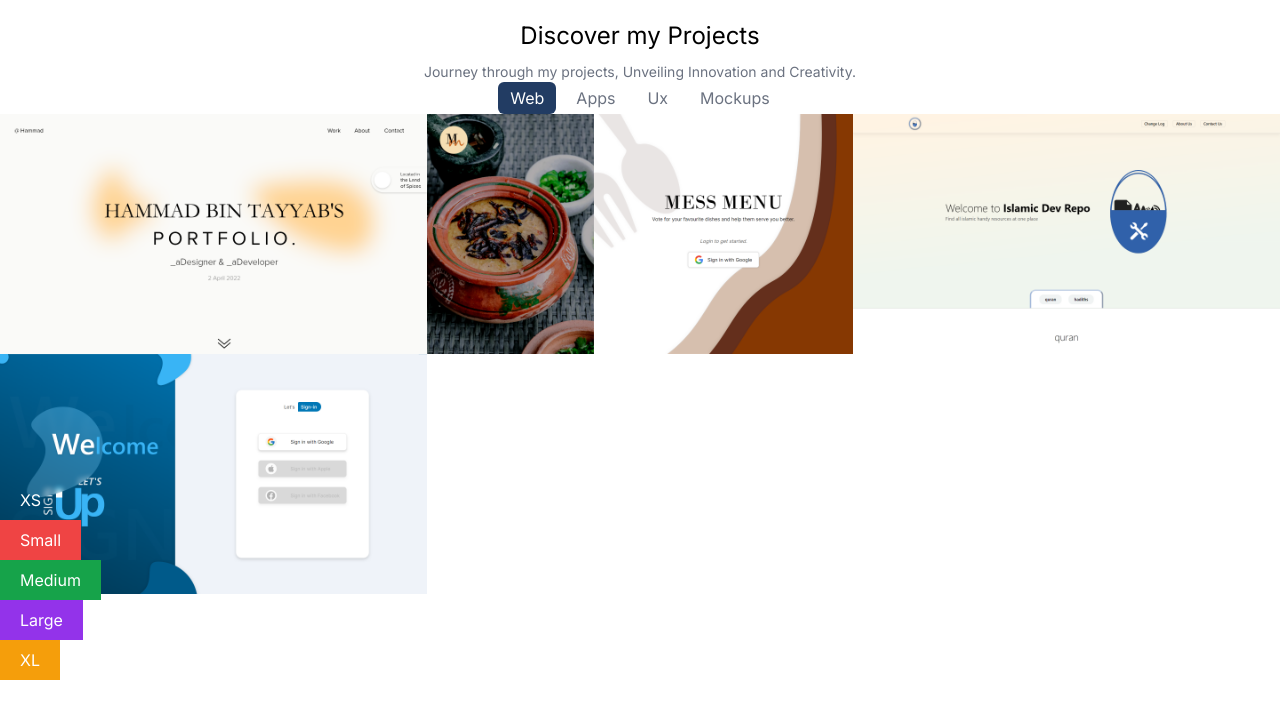
Repository: SpicierEwe/my_portfolio_v2
Page: /
An editor plug-in stored every save of this project. The page is shown before and after the next save, followed by the edit.
The browser window is 1280 px wide. The pictures show the whole page.
The project was rebuilt for these pictures with package versions that can differ from the ones it lists, and the page was loaded fresh each time. The framework's server and built-in components were replaced by stand-ins that run in the browser. Also part of the build but not shown: next.config.js, core/utils/customIcons.js, core/utils/utils.tsx, core/db/sub_db_data/ux_db.js.

Above is the page before, as saved 2024-04-22 10:55:22.

### app/page.tsx
import DevicePreview from "@/Components/Device_preview/device_preview";
import HeroSection from "@/Components/Hero_section/hero_section";
import WorkSection from "@/Components/Work_section/work_section";
import Image from "next/image";

export default function Home() {
  return (
    <main>
      <div className="absolute z-30 overflow-hidden bottom-0">
        <DevicePreview />
      </div>
      {/* <div className="overflow-hidden">
        <HeroSection />
      </div> */}

      <WorkSection />
    </main>
  );
}

### app/globals.css
@layer base {

  @font-face {
    font-family: 'Garamond';
    src: url('../public/fonts/EBGaramond-VariableFont_wght.ttf');

  }

  @font-face {
    font-family: 'Proxima Nova';
    src: url('../public/fonts/MarkSimonsonProximaNovaRegular.otf');
    font-weight: normal;
    font-style: normal;
  }


  @font-face {
    font-family: "Rage";
    src: url("../public/fonts/rage.ttf");
  }
}

@tailwind base;
@tailwind components;
@tailwind utilities;

:root {
  --foreground-rgb: 0, 0, 0;
  --background-start-rgb: 214, 219, 220;
  --background-end-rgb: 255, 255, 255;

}

@media (prefers-color-scheme: dark) {
  :root {
    --foreground-rgb: 255, 255, 255;
    --background-start-rgb: 0, 0, 0;
    --background-end-rgb: 0, 0, 0;
  }
}

body {

  /* background: #F5F5F5; */
}

### Components/Device_preview/device_preview.tsx
"use client";

import { use, useEffect, useState } from "react";

export default function DevicePreview() {
  return (
    <main className="flex flex-col justify-end ">
      {/* xs */}
      <div className=" text-right ">
        <p className="xs:bg-brand-color w-min text-white px-5 py-2">XS</p>
      </div>
      {/* sm */}
      <div className=" text-right ">
        <p className="sm:bg-red-500 w-min text-white px-5 py-2">Small</p>
      </div>
      {/* md */}
      <div className=" text-right ">
        <p className="md:bg-green-600 w-min px-5 py-2 text-white">Medium</p>
      </div>
      {/* lg */}
      <div className=" text-right ">
        <p className="lg:bg-purple-600 w-min px-5 py-2 text-white">Large</p>
      </div>
      {/* xl */}
      <div className=" text-right ">
        <p className="xl:bg-amber-500 w-min px-5 py-2 text-white">XL</p>
      </div>
      {/* 2xl */}
      <div className=" text-right ">
        <p className="2xl:bg-cyan-600 w-min px-5 py-2 text-white">2XL</p>
      </div>
    </main>
  );
}

### Components/Work_section/work_section.tsx
"use client";

import { db } from "../../core/db/db";
import Image from "next/image";
import Link from "next/link";
import { useState } from "react";

export default function WorkSection() {
  const navItems: string[] = Object.keys(db.portfolioItems);
  const [selectedNavItemIndex, setSelectedNavItemIndex] = useState<number>(0);
  return (
    <section className="">
      {/* header */}
      <header className="flex flex-col items-center pt-5">
        <h2 className="text-center text-2xl">Discover my Projects</h2>
        <p className="text-center text-sm mt-2.5 text-gray-500">
          Journey through my projects, Unveiling Innovation and Creativity.
        </p>
      </header>
      {/* nav */}
      <nav>
        <ul className="flex justify-center mt-6 gap-2 flex-wrap">
          {navItems.map((item, index) => {
            const isSelected: Boolean = selectedNavItemIndex == index;
            return (
              <li
                className={`${
                  isSelected ? "bg-brand-color" : ""
                } px-3 py-1 rounded-md cursor-pointer`}
                onClick={() => setSelectedNavItemIndex(index)}
                key={index}
              >
                <Link
                  href="#"
                  className={`${
                    isSelected ? "text-white" : "text-gray-500"
                  } capitalize`}
                >
                  {item}
                </Link>
              </li>
            );
          })}
        </ul>
      </nav>

      <main>
        {/* projects */}
        <div className="grid grid-cols-1 md:grid-cols-2 lg:grid-cols-3 gap-4 mt-6">
          {(db.portfolioItems as any)[navItems[selectedNavItemIndex]].map(
            (item: any, index: number) => {
              const projectName: string = item["ProjectName"];
              const imageLink: string = item["imageLink"];
              return (
                <div key={index}>
                  {
                    <Image
                      src={imageLink}
                      alt={projectName}
                      height={200}
                      width={200}
                      layout="responsive"
                    ></Image>
                  }
                  <p>{projectName}</p>
                </div>
              );
            }
          )}
        </div>
      </main>
    </section>
  );
}

### core/db/db.js
import { websitesDb } from "./sub_db_data/websites_db";
import { appsDb } from "./sub_db_data/apps_db";
import { uxDb } from "./sub_db_data/ux_db";
import { mockupsDb } from "./sub_db_data/mockups_db";

export const db = {
  portfolioItems: {
    web: websitesDb,
    apps: appsDb,
    ux: uxDb,
    mockups: mockupsDb,
  },
};

### core/db/sub_db_data/websites_db.js
import { embedCustomLinks } from "../../utils/utils";

export const websitesDb = [
  {
    projectName: "The Portfolio",
    projectId: "e2f9658b-f9bb-4d2c-ac8c-113a56d9204f",
    projectTagLine: "A Thoughtfully Curated Portfolio of Elegant Creations",
    link: "https://hammadtayyab.vercel.app/",
    imageLink: "/images/websites/my_portfolio.png",
    info: "This portfolio project showcases a minimalist design, highlighting my work and skills with clarity and finesse. The aim was to provide a seamless user experience and intuitive navigation, creating a comprehensive and sophisticated display of my professional journey.",
    roles: [
      "Data Analyst",
      "Designer",
      "Developer",
      "Maintainer",
      "Product Manager",
      "Tester/Quality Assurance",
      "Researcher",
      "DevOps Engineer",
      "Technical Writer",
      "Project Manager",
    ],
    techStack: [
      "NextJs",
      "React",
      "TypeScript",
      "TailwindCSS",
      "HTML",
      "CSS",
      "JavaScript",
      "Git",
      "Vercel",
    ],
  },
  {
    projectId: "566ec8d6-4d5d-4f22-9580-2c574f7122fb",
    projectName: "Mess Menu",
    projectTagLine: "Simplifying Hostel Dining with a Digital Menu System",
    link: "https://messmenu.vercel.app/",
    imageLink: "/images/websites/mess_menu.png",
    info: "This project streamlines the process of hostel dining by offering a digital menu system for students. Monthly menus are curated through community voting, allowing students to have a say in their dining options. Originating from a friend's final year project, the focus was on user-centric design and functionality, ensuring a seamless experience for all users.",
    roles: [
      "Data Analyst",
      "Designer",
      "Developer",
      "Maintainer",
      "Product Manager",
      "Tester/Quality Assurance",
      "Researcher",
      "DevOps Engineer",
      "Technical Writer",
      "Project Manager",
    ],
    techStack: [
      "NextJs",
      "React",
      "HTML",
      "CSS",
      "JavaScript",
      "Git",
      "Vercel",
      "Firebase",
      "Firebase Auth",
    ],
  },
  {
    projectId: "e3a52953-0a4d-43c3-b874-bd55925f6a7e",
    projectName: "Islamic Dev Repo",
    projectTagLine: "A Repository of Authentic Islamic Data for Developers",
    link: "https://islamic-dev-repo.vercel.app/",
    imageLink: "/images/websites/islamic_dev_repo.png",
    info: "This project offers developers a curated repository of reliable Islamic data that can be seamlessly integrated into various applications. With a focus on authenticity and compatibility across multiple devices, this repository provides a trustworthy source of information for developers working on Islamic-related projects.",
    roles: [
      "Data Analyst",
      "Designer",
      "Developer",
      "Maintainer",
      "Product Manager",
      "Tester/Quality Assurance",
      "Researcher",
      "DevOps Engineer",
      "Technical Writer",
      "Project Manager",
    ],
    techStack: [
      "NextJs",
      "React",
      "HTML",
      "CSS",
      "JavaScript",
      "Git",
      "Vercel",
      "Python",
    ],
  },
  {
    projectId: "87693335-b9d6-434c-8428-5d8266482050",
    projectName: "Arabic Courses",
    projectTagLine:
      "A Platform for Streaming the Best Madina Arabic Course Online",
    link: "https://arabiccourses.vercel.app/",
    imageLink: "/images/websites/arabic_courses.png",
    info: `The goal of this project was to establish an online platform for the popular Madina Arabic course, allowing users to stream videos from the cloud and track their progress. Initially, the videos were only available for download, but this platform offers a more convenient streaming experience. You can learn more about the course at ${embedCustomLinks(
      {
        link: "https://abdurrahman.org/arabic-learning/dvds/",
        title: "AbdurRahman.Org",
      }
    )}. Arabic Courses enhances accessibility and convenience for users, making the learning process smoother and more enjoyable.`,
    roles: [
      "Data Analyst",
      "Designer",
      "Developer",
      "Maintainer",
      "Product Manager",
      "Tester/Quality Assurance",
      "Researcher",
      "DevOps Engineer",
      "Technical Writer",
      "Project Manager",
    ],
    techStack: [
      "NextJs",
      "React",
      "HTML",
      "CSS",
      "JavaScript",
      "Git",
      "Vercel",
      "Firebase",
      "Firebase Auth",
    ],
  },
];

### core/db/sub_db_data/apps_db.js
import { embedCustomLinks } from "../../utils/utils";

export const appsDb = [
  {
    projectId: "38384ae3-5586-40be-b025-c9c3ad1094ef",
    projectName: "al Qur'an",
    projectTagLine: "All about the Qur'an in one app.",

    link: "https://play.google.com/store/apps/details?id=com.spicierewe.al_quran",

    imageLink: "/images/apps/al_quran.png",

    info: `The "al Qur'an" app offers a comprehensive experience of the Qur'an for users around the world. It includes a wide range of translations in various languages, tafseer (exegesis), access to over 49 reciters and translators, and much more. All data is sourced from the reliable platform ${embedCustomLinks(
      { link: "https://quran.com", title: "quran.com" }
    )}.`,

    roles: [
      "Data Analyst",
      "Designer",
      "Developer",
      "Maintainer",
      "Product Manager",
      "Tester/Quality Assurance",
      "Researcher",
      "DevOps Engineer",
      "Technical Writer",
      "Project Manager",
    ],

    techStack: ["Flutter", "Dart", "Git", "Adobe XD"],

    platforms: ["Android"],
  },
  {
    projectId: "1eeb435f-acbd-41e8-b826-440959bb6a57",
    projectName: "Riddle Me",
    projectTagLine: "Riddle Me: Unraveling Minds, One Clue at a Time!",

    link: "https://play.google.com/store/apps/details?id=com.spicierewe.RiddleMe",

    imageLink: "/images/apps/riddle_me.png",

    info: "Riddle Me is an engaging and challenging game designed to test your intelligence and problem-solving skills. This game stimulates creative thinking and encourages you to approach problems from different perspectives.",

    roles: [
      "Data Analyst",
      "Designer",
      "Developer",
      "Maintainer",
      "Product Manager",
      "Tester/Quality Assurance",
      "Researcher",
      "DevOps Engineer",
      "Technical Writer",
      "Project Manager",
    ],

    techStack: ["Flutter", "Dart", "Git", "Adobe XD"],

    platforms: ["Android"],
  },
  {
    projectId: "2ae7005c-16e2-4fe5-b7b0-20f5f826321e",
    projectName: "Food Deals",
    projectTagLine: "Find the best food deals at your fingertips.",

    link: "https://play.google.com/store/apps/details?id=com.spicierewe.food_deals",

    imageLink: "/images/apps/food_deals.png",

    info: "Food Deals is an app that helps users discover the best offers and discounts on their favorite food delivery services. Save money and enjoy your favorite meals by comparing prices across different platforms.",

    roles: [
      "Data Analyst",
      "Designer",
      "Developer",
      "Maintainer",
      "Product Manager",
      "Tester/Quality Assurance",
      "Researcher",
      "DevOps Engineer",
      "Technical Writer",
      "Project Manager",
    ],

    techStack: ["Flutter", "Dart", "Git", "Adobe XD"],

    platforms: ["Android"],
  },
  {
    projectId: "627de94f-59b4-4f85-bcf4-df6fbf22714e",
    projectName: "Hadith Collection",
    projectTagLine: "Access authentic hadiths of the Prophet Muhammad (pbuh).",

    link: "https://play.google.com/store/apps/details?id=com.spicierewe.ahadith_collection",

    imageLink: "/images/apps/ahadith_collection.png",

    info: `The "Hadith Collection" app provides a comprehensive and authentic collection of hadiths of the Prophet Muhammad (pbuh). It includes data from various reputable sources such as ${embedCustomLinks(
      { link: "https://sunnah.com", title: "sunnah.com" }
    )} for Arabic and English, and ${embedCustomLinks({
      link: "https://github.com/pakjiddat/islam-companion-web-api",
      title: "islam-companion-web-api",
    })} for Urdu data.`,

    roles: [
      "Data Analyst",
      "Designer",
      "Developer",
      "Maintainer",
      "Product Manager",
      "Tester/Quality Assurance",
      "Researcher",
      "DevOps Engineer",
      "Technical Writer",
      "Project Manager",
    ],

    techStack: ["Flutter", "Dart", "Git", "Adobe XD"],

    platforms: ["Android"],
  },
  {
    projectId: "7468bdef-5b24-454e-ae99-dd0a558441d7",
    projectName: "Study Practice",
    projectTagLine: "Practice makes perfect.",

    link: "https://play.google.com/store/apps/details?id=com.spicierewe.study_practice",

    imageLink: "/images/apps/study_practice.png",

    info: "Study Practice is a study companion app designed to help students prepare for competitive exams such as NEET and JEE. The app offers past exam questions, mock tests, and real-time progress tracking along with official study material.",

    roles: [
      "Data Analyst",
      "Designer",
      "Developer",
      "Maintainer",
      "Product Manager",
      "Tester/Quality Assurance",
      "Researcher",
      "DevOps Engineer",
      "Technical Writer",
      "Project Manager",
    ],

    techStack: ["Flutter", "Dart", "Git", "Adobe XD"],

    platforms: ["Android"],
  },
];

### core/db/sub_db_data/mockups_db.js
export const mockupsDb = [
  {
    phone_mockup_links: [],
    other_mockup_links: [
      "/images/mockups/eat_healthy_mockup.svg",
      "/images/mockups/bot_mockup_theme_light.svg",
      "/images/mockups/bot_mockup_theme_dark.svg",
      "/images/mockups/the_perfume_lab_price_list.png",
      "/images/mockups/noraty_business_hero_section.svg",
      "/images/mockups/gr_showcase.png",
      "/images/mockups/just_moved_showcase.png",
      "/images/mockups/archer_product_design.png",
      "/images/mockups/the_connection_poster.png",
      "/images/mockups/social_flow_flyer.png",
      "/images/mockups/LVD_roll_up_banner.png",
      "/images/mockups/ATS_flyer.png",
    ],
  },
];

### tailwind.config.js
const { reverse } = require("dns");
const defaultTheme = require("tailwindcss/defaultTheme");

/** @type {import('tailwindcss').Config} */
module.exports = {
  content: [
    "./pages/**/*.{js,ts,jsx,tsx,mdx}",
    "./components/**/*.{js,ts,jsx,tsx,mdx}",
    "./app/**/*.{js,ts,jsx,tsx,mdx}",
    "./core/**/*.{js,ts,jsx,tsx,mdx}",
  ],
  theme: {
    extend: {
      screens: { xs: { max: "640px" } },

      maxWidth: {
        "120rem": "120rem",
      },

      backgroundImage: {
        "gradient-radial": "radial-gradient(var(--tw-gradient-stops))",
        "gradient-conic":
          "conic-gradient(from 180deg at 50% 50%, var(--tw-gradient-stops))",
      },

      colors: {
        "brand-color": "#223c63",
        "primary-color": "#ffffff",
        "secondary-color": "#00A699",
        "accent-color": "#779ace",
      },

      keyframes: {
        wiggle: {
          "0%, 100%": { transform: "rotate(-3deg)" },
          "50%": { transform: "rotate(3deg)" },
        },

        levitate: {
          "0%": { transform: "translateY(50px)" },
          "50%": { transform: "translateY(-30px)  scale(1.1)" },
          "100%": { transform: "translateY(50px)" },
        },
        levitate_reverse: {
          "0%": { transform: "translateY(-90px)" },
          "50%": { transform: "translateY(30px)  scale(1.1)" },
          "100%": { transform: "translateY(-90px)" },
        },
      },

      animation: {
        "spin-slow": "spin 3s linear infinite",
        wiggle: "wiggle 1s ease-in-out infinite",
        levitate: "levitate 5s ease-in-out infinite",
        levitate_reverse: "levitate_reverse 5s ease-in-out infinite reverse",
      },

      fontFamily: {
        garmond: ["Garmond", ...defaultTheme.fontFamily.serif],
        custom_sans: ["Proxima Nova", ...defaultTheme.fontFamily.sans],
      },

      height: {
        dvh: "100dvh",
      },
    },
  },

  variants: {
    backgroundColor: ["responsive", "hover", "focus", "active"],
  },

  plugins: [],
};

Loaded but not shown: app/layout.tsx (common file)

After the next save:
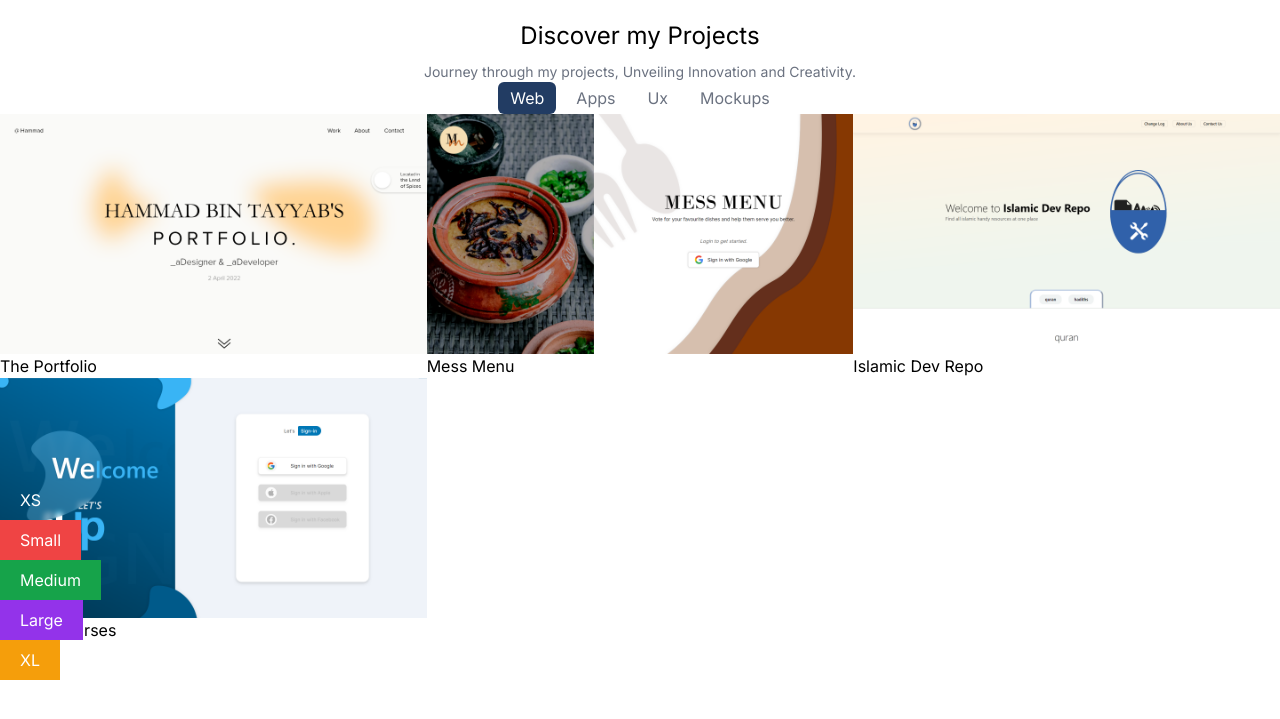
Saved 9 s later.
--- a/Components/Work_section/work_section.tsx
+++ b/Components/Work_section/work_section.tsx
@@ -49,7 +49,7 @@ export default function WorkSection() {
         <div className="grid grid-cols-1 md:grid-cols-2 lg:grid-cols-3 gap-4 mt-6">
           {(db.portfolioItems as any)[navItems[selectedNavItemIndex]].map(
             (item: any, index: number) => {
-              const projectName: string = item["ProjectName"];
+              const projectName: string = item["projectName"];
               const imageLink: string = item["imageLink"];
               return (
                 <div key={index}>
